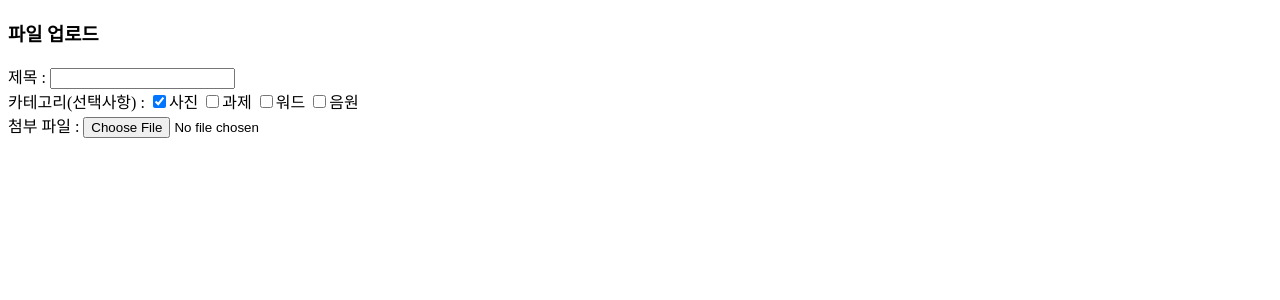
Repository: Park-Dongheon/Servlet-JSP_Training
Page: http://localhost/MustHaveJSP/13FileUpload/FileUploadMain.jsp
The author's editor kept a copy of each file at every save. The page is drawn from the files as they stood at one save, then again after the next save.
The browser window is 1280 px wide. The pictures show the whole page.
The page is served by Tomcat 10. Other server files are loaded and not shown.

Above is the page before, as saved 2024-06-26 05:33:12.

### MustHaveJSP/src/main/webapp/13FileUpload/FileUploadMain.jsp
<%@ page language="java" contentType="text/html; charset=UTF-8"
    pageEncoding="UTF-8"%>
<!DOCTYPE html>
<html>
<head>
<meta charset="UTF-8">
<title>FileUpload</title>
</head>
<script>
	function validateForm(form) {
		if (form.title.value == "") {
			alert("제목을 입력하세요.");
			form.title.focus();
			return false;
		}
		if (form.oFile.value == "") {
			alert("첨부 파일은 필수 입력입니다.");
			return false;
		}
	}
</script>
<body>
	<h3>파일 업로드</h3>
	<span style="color: red;">${errorMessage}</span>
	<form name="fileForm" method="post" enctype="multipart/form-data" action="Uploadprocess.do" onsubmot="return validateForm(this);">
		제목 : <input type="text" name="title" /><br />
		카테고리(선택사항) :
			<input type="checkbox" name="cate" value="사진" checked/>사진
			<input type="checkbox" name="cate" value="과제" />과제
			<input type="checkbox" name="cate" value="워드" />워드
			<input type="checkbox" name="cate" value="음원" />음원 <br />
		첨부 파일 : <input type="file" name="oFile" /> <br />
	</form>
</body>
</html>

After the next save:
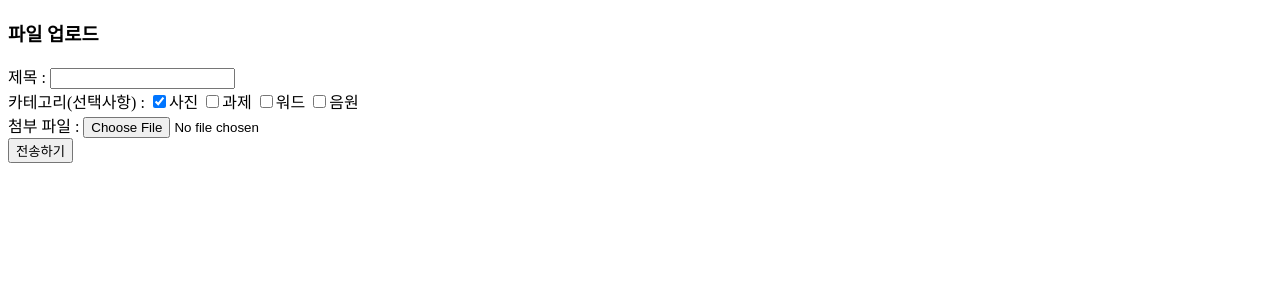
Saved 21 s later.
--- a/MustHaveJSP/src/main/webapp/13FileUpload/FileUploadMain.jsp
+++ b/MustHaveJSP/src/main/webapp/13FileUpload/FileUploadMain.jsp
@@ -30,6 +30,7 @@
 			<input type="checkbox" name="cate" value="워드" />워드
 			<input type="checkbox" name="cate" value="음원" />음원 <br />
 		첨부 파일 : <input type="file" name="oFile" /> <br />
+		<input type="submit" value="전송하기" />
 	</form>
 </body>
 </html>
